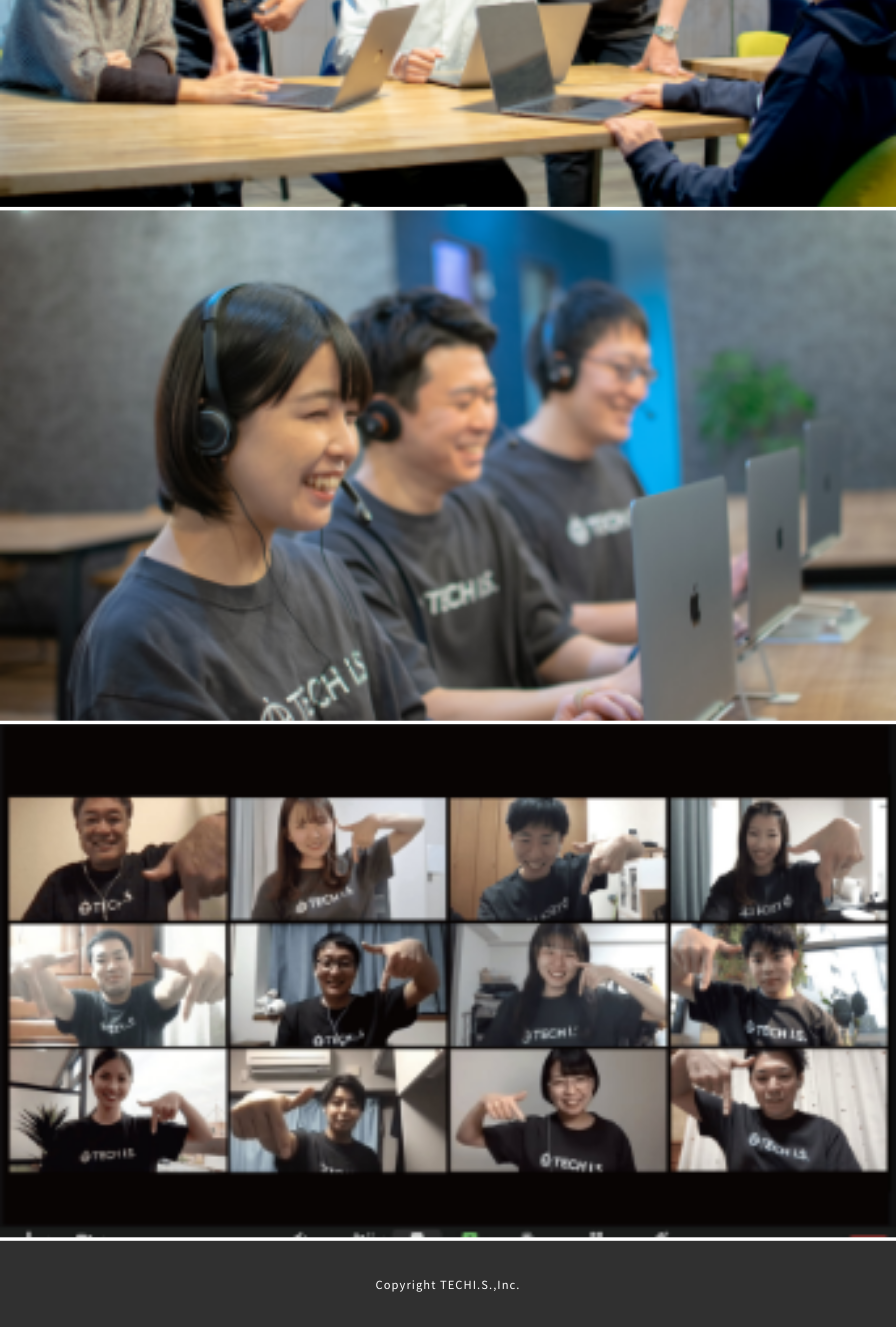
Repository: ryunoesta/lp-techis
Page: indx.html
The author's editor kept a copy of each file at every save. The page is drawn from the files as they stood at one save, then again after the next save.
The browser window is 1280 px wide. The pictures show the part of the page from y = 1482 to 3402 px (the page is 3378 px tall before and 3402 px after), at 70% of full size.

Above is the page before, as saved 2022-06-15 22:33:38.

After the next save:
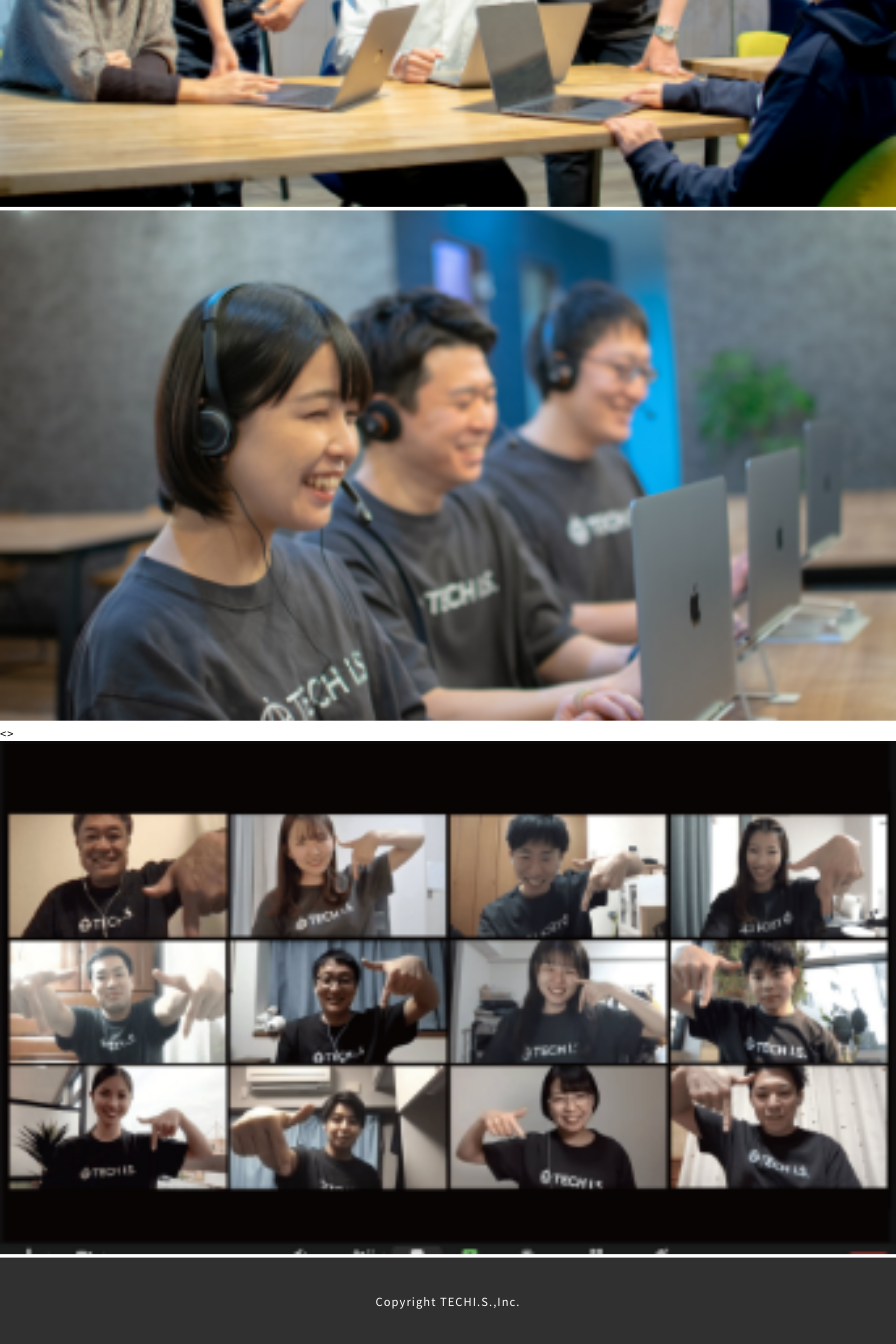
Saved 5 s later.
--- a/indx.html
+++ b/indx.html
@@ -73,7 +73,7 @@
 
                 <li class="front-service__item">
                     <img src="./img/service2.png" alt="サービス２">
-                    <div class="front-service__desc"></div>
+                    <></div>
                 </li>
                 <li class="front-service__item">
                     <img src="./img/service3.png" alt="サービス３">

After the 3 saves that followed:
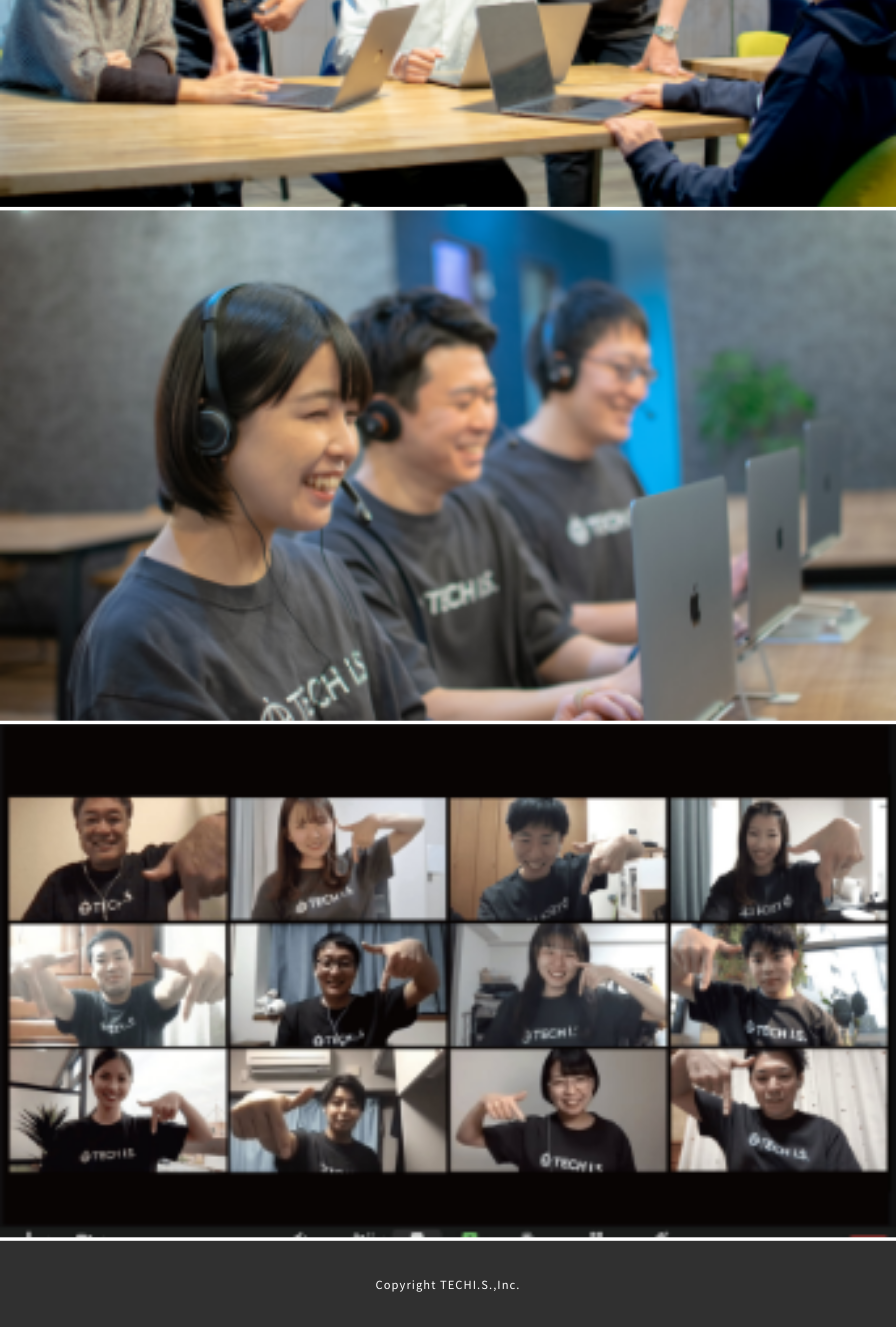
The 3 saves are shown as one change because they came seconds apart.
The last was saved 8 s later.
--- a/indx.html
+++ b/indx.html
@@ -73,7 +73,7 @@
 
                 <li class="front-service__item">
                     <img src="./img/service2.png" alt="サービス２">
-                    <></div>
+                    <h3></h3>
                 </li>
                 <li class="front-service__item">
                     <img src="./img/service3.png" alt="サービス３">
